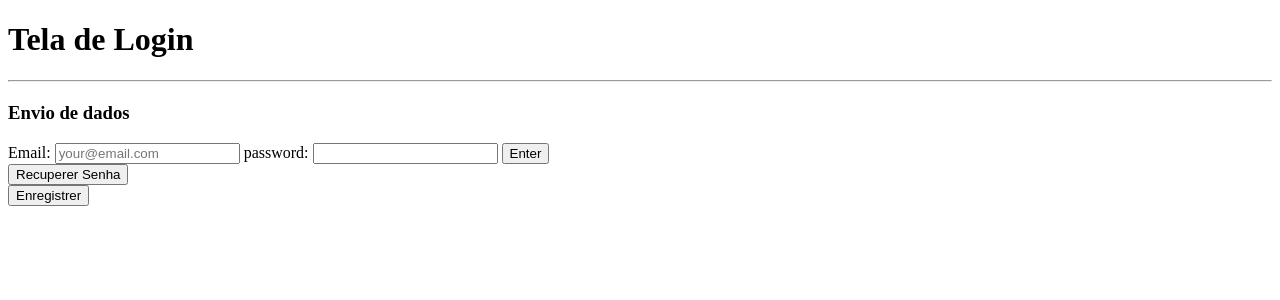
Repository: MarcioFreitasUFSC21/FrontEnd-part-1
Page: index.html
These files come from the project's save history. The page is drawn as it stood at one moment and after the next save; the edit follows.
The browser window is 1280 px wide. The pictures show the whole page.

Above is the page before, as saved 2023-04-22 19:41:20.

After the next save:
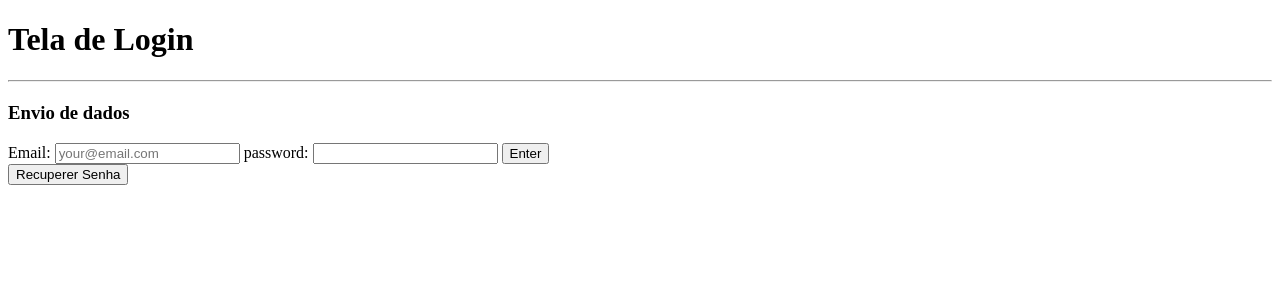
Saved 12 s later.
--- a/index.html
+++ b/index.html
@@ -24,7 +24,7 @@
                     <button type = "button">Recuperer Senha</button>
                 </div>
 
-                    <button type = "button">Enregistrer</button>
+
 
             </h2>
         </div>
